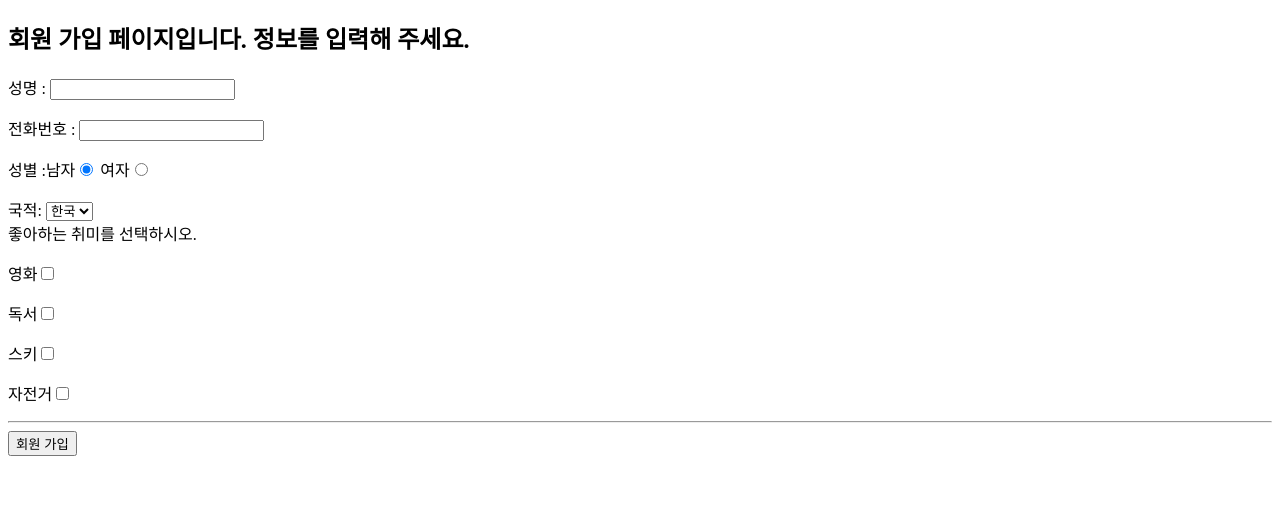
Repository: jemin7709/InternetProgramming2
Page: Pj/WebContent/signUp.html
These files come from the project's save history. The page is drawn as it stood at one moment and after the next save; the edit follows.
The browser window is 1280 px wide. The pictures show the whole page.

Above is the page before, as saved 2021-05-07 02:11:37.

After the next save:
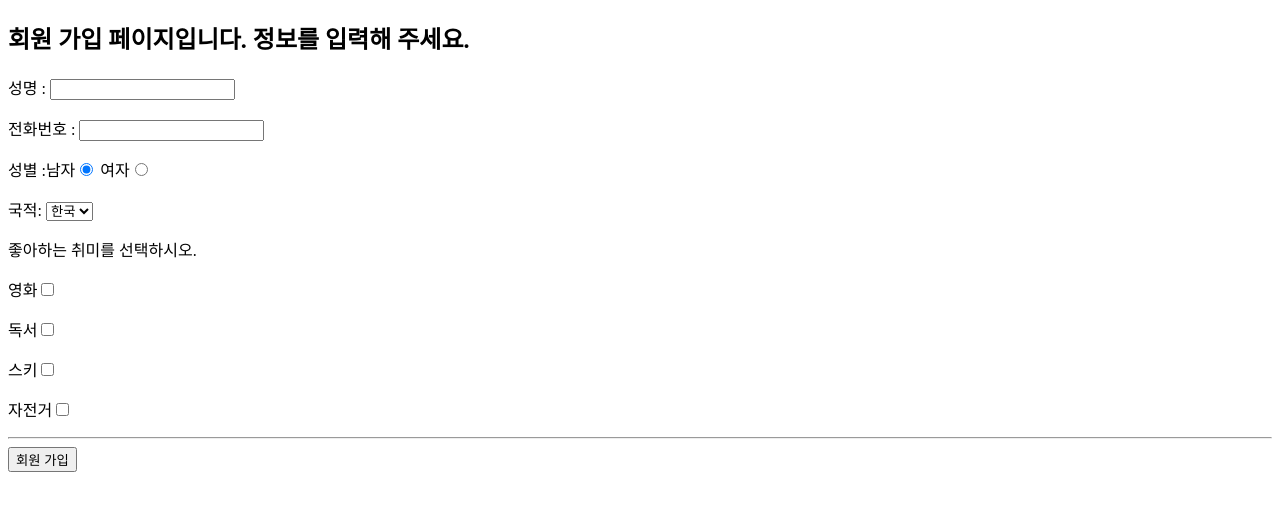
Saved 2 min 3 s later.
--- a/Pj/WebContent/signUp.html
+++ b/Pj/WebContent/signUp.html
@@ -17,7 +17,7 @@
 				<option value="중국">중국</option>
 				<option value="터키">터키</option>
 				<option value="태국">태국</option>
-			</select><br>
+			</select><p>
 		좋아하는 취미를 선택하시오.<p>
 		영화<input type="checkbox" name="hobby" value="영화"><p>
 			독서<input type="checkbox" name="hobby" value="독서"><p>
